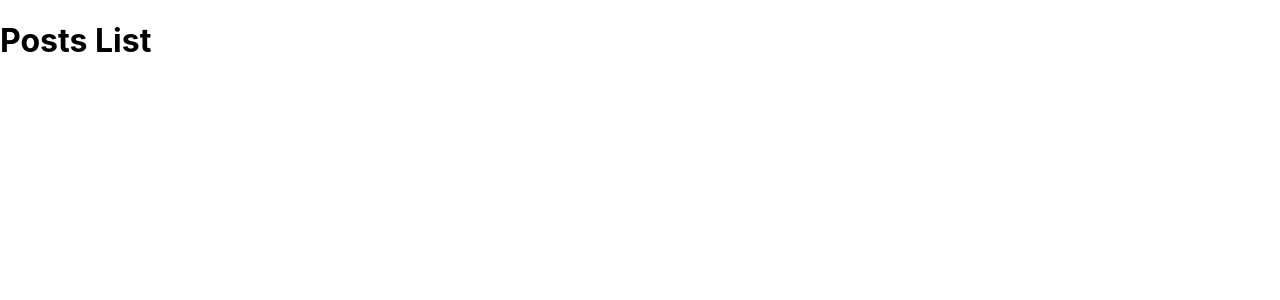
Repository: kamilluc/redux-quick-test
Page: /
An editor plug-in stored every save of this project. The page is shown before and after the next save, followed by the edit.
The browser window is 1280 px wide. The pictures show the whole page.
The page's requests for data from a server got no answer. The project was rebuilt for these pictures with package versions that can differ from the ones it lists, and the page was loaded fresh each time. No one was signed in, and anything a server would have sent is missing.

Above is the page before, as saved 2019-07-08 00:21:34.

### src/index.js
import React from "react";
import ReactDOM from "react-dom";
import "./index.css";
import App from "./App";
import * as serviceWorker from "./serviceWorker";
import { Provider } from "react-redux";
import { createStore, applyMiddleware, compose } from "redux";
import thunk from "redux-thunk";
import reducer from "./module/api/reducer";

const composeEnhancers = window.__REDUX_DEVTOOLS_EXTENSION_COMPOSE__ || compose;

const store = createStore(reducer, composeEnhancers(applyMiddleware(thunk)));

ReactDOM.render(
  <Provider store={store}>
    <App />
  </Provider>,
  document.getElementById("root")
);
// If you want your app to work offline and load faster, you can change
// unregister() to register() below. Note this comes with some pitfalls.
// Learn more about service workers: https://bit.ly/CRA-PWA
serviceWorker.unregister();

### src/App.js
import React from "react";
import Home from "./components/Home";

function App() {
  return (
    <>
      <Home />
    </>
  );
}

export default App;

### src/module/api/reducer.js
import * as actions from "./actions";

const initialState = {
  isLoading: false,
  isError: false,
  posts: []
};

const reducer = (state = initialState, action) => {
  switch (action.type) {
    case actions.GET_POSTS_REQUEST:
      return { ...state, isLoading: true };
    case actions.GET_POSTS_DONE:
      return { ...state, isLoading: false, posts: [...action.payload] };
    case actions.GET_POSTS_FAILED:
      return { ...state, isLoading: false, isError: true };
    default:
      return state;
  }
};

export default reducer;

### src/components/Home.js
import React from "react";
import { useState, useEffect } from "react";
import * as api from "../module/api/api";
import { connect } from "react-redux";

const Home = props => {
  //   const [selectedTag, setSelectedTag] = useState("");
  useEffect(() => {
    props.getPosts();
  }, []);

  const handleClick = e => {
    console.log(e.target.textContent.split(":")[0]);
  };
  const postsList = props.isLoading ? (
    <h2>Loading...</h2>
  ) : (
    props.posts.map((post, index) => (
      <p key={index} onClick={handleClick}>
        {post.id}: {post.title}
      </p>
    ))
  );

  return (
    <div>
      <h1>Posts List</h1>
      {postsList}
    </div>
  );
};

const mapStateToProps = state => {
  return {
    posts: state.posts,
    isLoading: state.isLoading
  };
};

const mapDispatchToProps = dispatch => {
  return {
    getPosts: () => dispatch(api.getPosts())
  };
};

export default connect(
  mapStateToProps,
  mapDispatchToProps
)(Home);

### src/module/api/actions.js
export const GET_POSTS_REQUEST = "GET_POSTS_REQUEST";
export const GET_POSTS_DONE = "GET_POSTS_DONE";
export const GET_POSTS_FAILED = "GET_POSTS_FAILED";

export function getPostsRequest() {
  return {
    type: GET_POSTS_REQUEST
  };
}

export function getPostsDone(data) {
  return {
    type: GET_POSTS_DONE,
    payload: data
  };
}

export function getPostsFailed(error) {
  return {
    type: GET_POSTS_FAILED,
    payload: error
  };
}

### src/module/api/api.js
import axios from "axios";
import * as actions from "./actions";

export function getPosts() {
  return dispatch => {
    dispatch(actions.getPostsRequest());

    axios
      .get("https://jsonplaceholder.typicode.com/posts")
      .then(response => dispatch(actions.getPostsDone(response.data)))
      .catch(err => dispatch(actions.getPostsFailed(err)));
  };
}

Loaded but not shown: public/index.html (common file); src/index.css (common file); src/serviceWorker.js (common file)

After the next save:
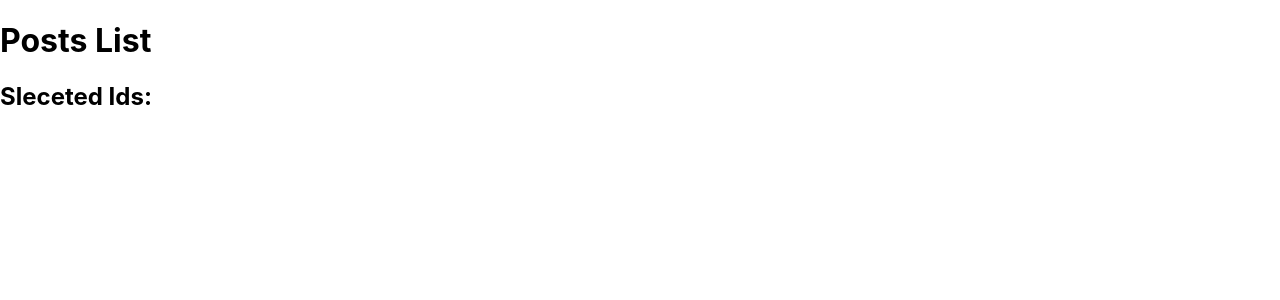
Saved 3 min 38 s later.
--- a/src/components/Home.js
+++ b/src/components/Home.js
@@ -4,13 +4,14 @@ import * as api from "../module/api/api";
 import { connect } from "react-redux";
 
 const Home = props => {
-  //   const [selectedTag, setSelectedTag] = useState("");
+  const [selectedPosts, setSelectedPosts] = useState([]);
   useEffect(() => {
     props.getPosts();
   }, []);
 
   const handleClick = e => {
-    console.log(e.target.textContent.split(":")[0]);
+    const selectedId = e.target.textContent.split(":")[0];
+    setSelectedPosts([...selectedPosts, { id: selectedId }]);
   };
   const postsList = props.isLoading ? (
     <h2>Loading...</h2>
@@ -25,6 +26,7 @@ const Home = props => {
   return (
     <div>
       <h1>Posts List</h1>
+      <h2>Sleceted Ids: {selectedPosts.join(", ")}</h2>
       {postsList}
     </div>
   );
